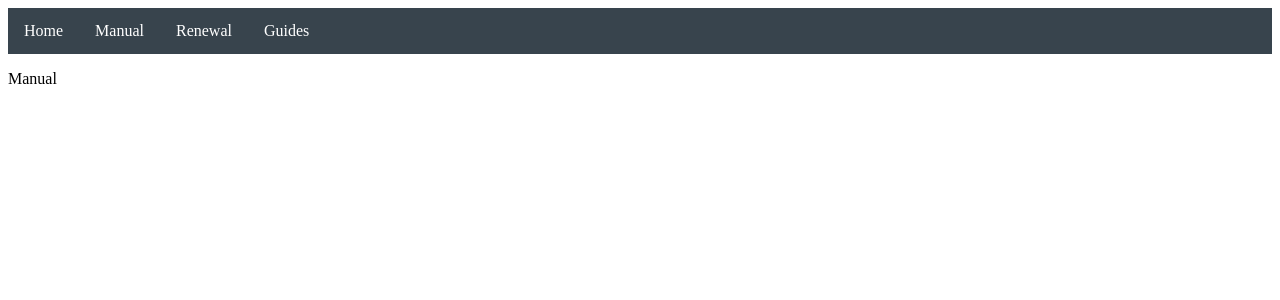
Repository: muesinga/ticketoffice-dot-info
Page: guides/manual.html
The author's editor kept a copy of each file at every save. The page is drawn from the files as they stood at one save, then again after the next save.
The browser window is 1280 px wide. The pictures show the whole page.

Above is the page before, as saved 2022-06-07 14:38:18.
Console error: TypeError: Cannot read properties of null (reading 'getElementsByClassName')

After the next save:
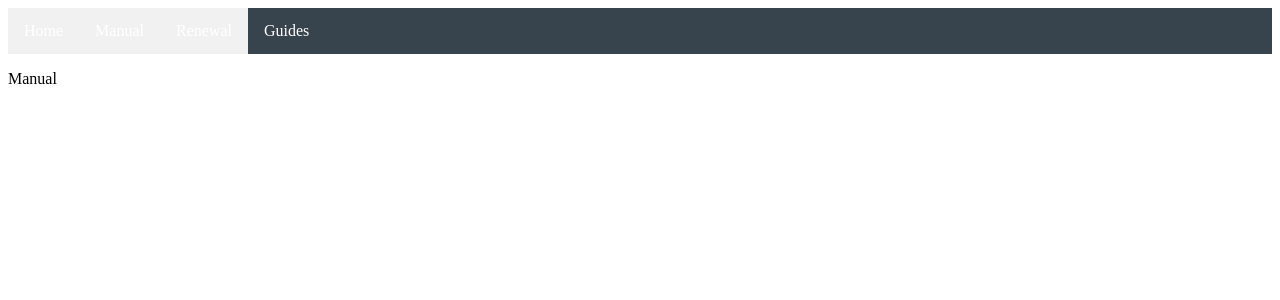
Saved 4 s later.
--- a/style/style.css
+++ b/style/style.css
@@ -1,56 +1,4 @@
-
-ul {
-  list-style-type: none;
-  margin: 0;
-  padding: 0;
-  overflow: hidden;
-  background-color: #38444d;
-}
-
-li {
-  float: left;
-}
-
-  li a, .dropbtn {
-    display: inline-block;
-    color: white;
-    text-align: center;
-    padding: 14px 16px;
-    text-decoration: none;
-  }
-
-  li a:hover, .dropdown:hover .dropbtn {
-    background-color: red;
-  }
-
-li.dropdown {
-  display: inline-block;
-}
-
-.dropdown-content {
-  display: none;
-  position: absolute;
-  background-color: #f9f9f9;
-  min-width: 160px;
-  box-shadow: 0px 8px 16px 0px rgba(0,0,0,0.2);
-  z-index: 1;
-}
-
-.dropdown-content a {
-  color: black;
-  padding: 12px 16px;
-  text-decoration: none;
-  display: block;
-  text-align: left;
-}
-
-.dropdown-content a:hover {background-color: #f1f1f1;}
-
-.dropdown:hover .dropdown-content {
-  display: block;
-}
-
-  /* #navlink-container {
+  #navlink-container {
     list-style-type: none;
     margin: 0;
     padding: 0;
@@ -108,4 +56,3 @@ li.dropdown {
   .dropdown:hover .dropdown-content {
     display: block;
   }
-   */
